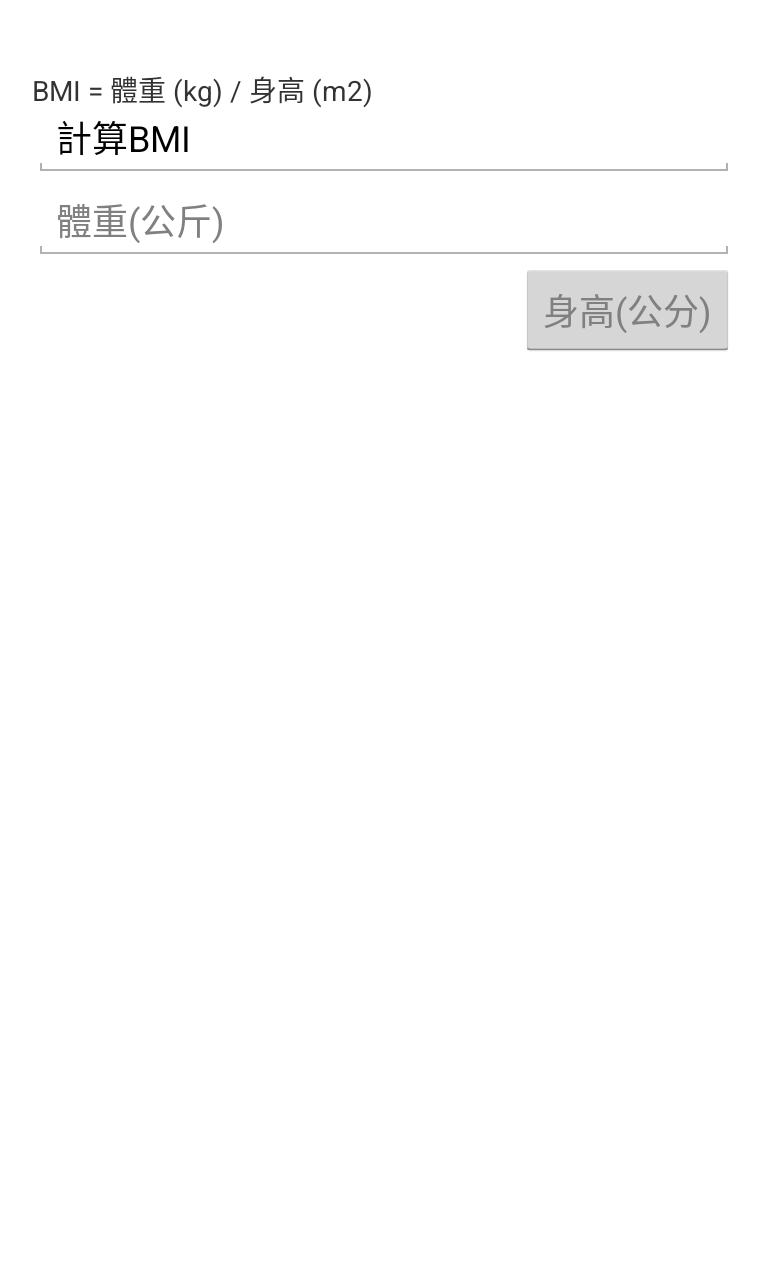
Repository: ericluo1123/myAndroidCode
Layout: myAndroidProject/res/layout/activity_main.xml
The author's editor kept a copy of each file at every save. The layout is drawn from the files as they stood at one save, then again after the next save.
It is drawn on a 768 x 1280 px phone screen (xhdpi) without system bars, with theme AppTheme; the app's code is not run.

Above is the layout before, as saved 2014-09-26 05:56:11.

After the next save:
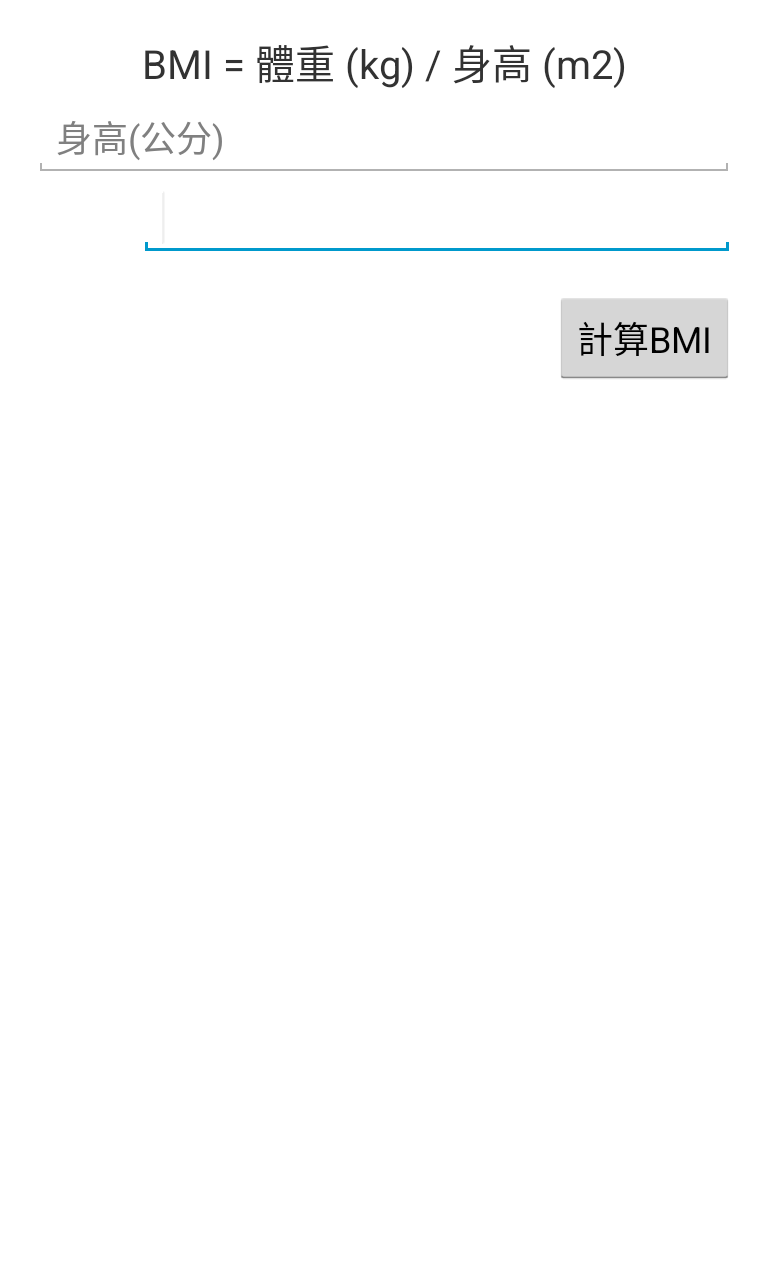
Saved 7 min 25 s later.
--- a/myAndroidProject/res/layout/activity_main.xml
+++ b/myAndroidProject/res/layout/activity_main.xml
@@ -16,33 +16,37 @@
         android:layout_centerHorizontal="true"
         android:layout_marginTop="32dp"
         android:ems="10"
-        android:hint="身高(公分)"
-        android:text="計算BMI" />
+        android:hint="身高(公分)" />
 
     <TextView
         android:id="@+id/textView2"
         android:layout_width="match_parent"
         android:layout_height="wrap_content"
+        android:layout_alignLeft="@+id/editText1"
         android:layout_alignParentTop="true"
-        android:layout_centerHorizontal="true"
-        android:layout_marginTop="18dp"
-        android:text="BMI = 體重 (kg) / 身高 (m2)" />
+        android:gravity="center_horizontal"
+        android:text="BMI = 體重 (kg) / 身高 (m2)"
+        android:textSize="20sp" />
 
     <EditText
-        android:id="@+id/EditText01"
+        android:id="@+id/editText2"
         android:layout_width="match_parent"
         android:layout_height="wrap_content"
         android:layout_alignLeft="@+id/editText1"
         android:layout_below="@+id/editText1"
-        android:ems="10"
-        android:hint="體重(公斤)" />
+        android:layout_marginLeft="53dp"
+        android:ems="10" >
+
+        <requestFocus />
+    </EditText>
 
     <Button
         android:id="@+id/button1"
         android:layout_width="wrap_content"
         android:layout_height="wrap_content"
-        android:layout_alignRight="@+id/EditText01"
-        android:layout_below="@+id/EditText01"
-        android:hint="身高(公分)" />
+        android:layout_alignRight="@+id/editText2"
+        android:layout_below="@+id/editText2"
+        android:layout_marginTop="16dp"
+        android:text="計算BMI" />
 
 </RelativeLayout>
